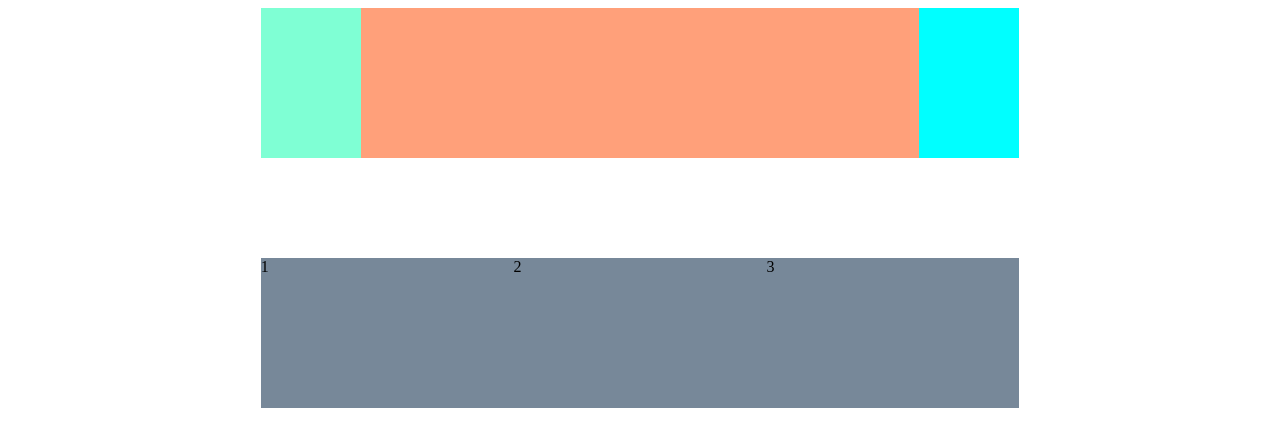
Repository: liutian97/learn1
Page: 移动端web开发/代码/2. Flex 伸缩布局/09-flex子项flex份数.html
An editor plug-in stored every save of this project. The page is shown before and after a run of saves, followed by the edit.
The browser window is 1280 px wide. The pictures show the whole page.

Above is the page before, as saved 2022-07-02 17:56:49.

After the next 6 saves:
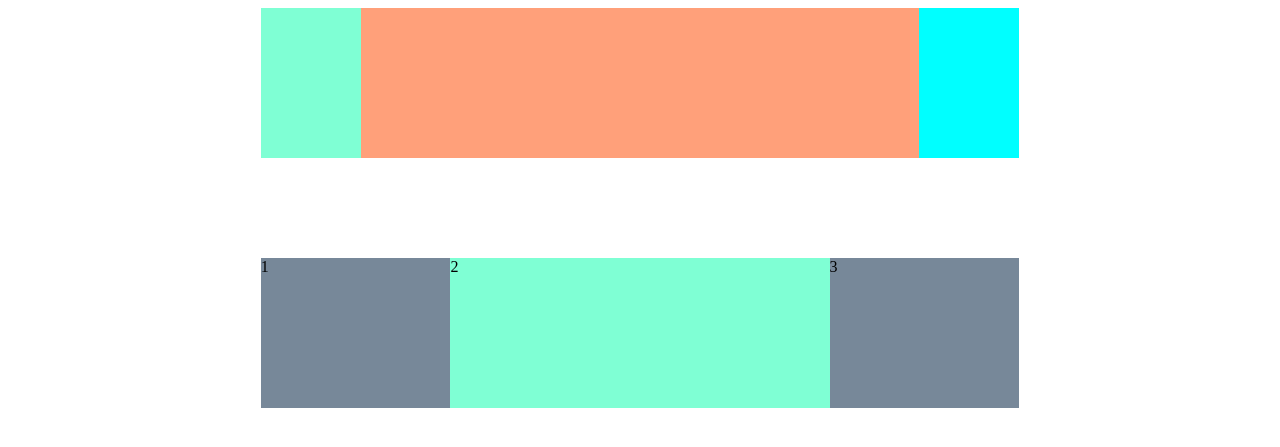
The 6 saves are shown as one change because they came seconds apart.
The last was saved 13 s later.
--- a/移动端web开发/代码/2. Flex 伸缩布局/09-flex子项flex份数.html
+++ b/移动端web开发/代码/2. Flex 伸缩布局/09-flex子项flex份数.html
@@ -45,7 +45,11 @@
       flex: 1;
     }
 
-    p span:nth-child(2)
+    p span:nth-child(2) {
+      flex: 2;
+      ;
+      background-color: aquamarine;
+    }
   </style>
 </head>
 
